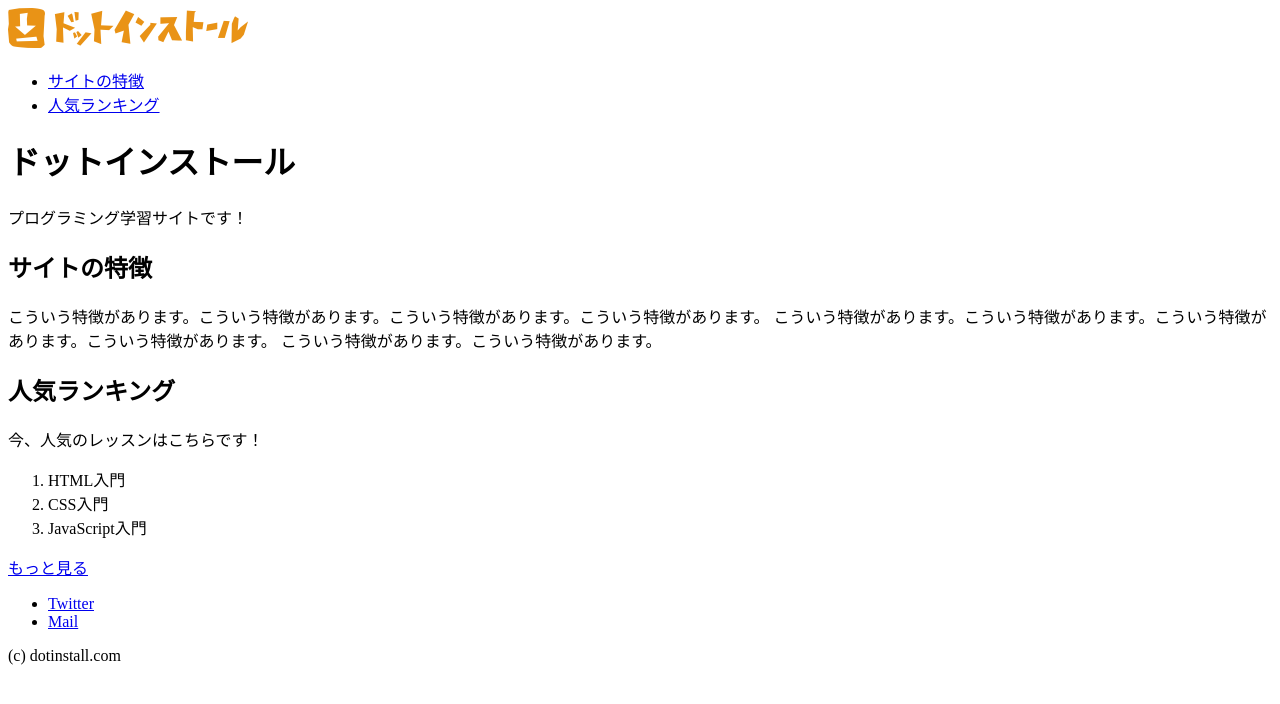
Repository: kojimayu/dotinstall-html
Page: index.html
These files come from the project's save history. The page is drawn as it stood at one moment and after the next save; the edit follows.
The browser window is 1280 px wide. The pictures show the whole page.

Above is the page before, as saved 2019-04-05 10:13:27.

After the next save:
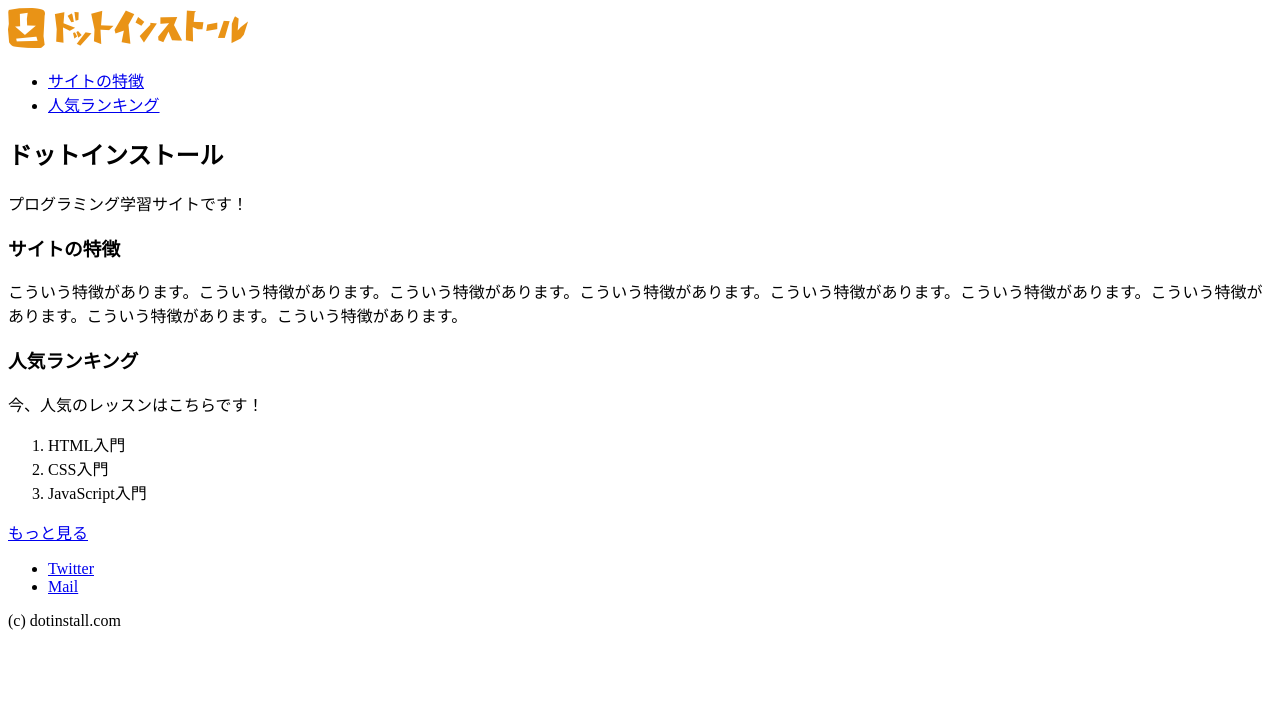
Saved 13 min 47 s later.
--- a/index.html
+++ b/index.html
@@ -2,47 +2,50 @@
 <html lang="ja">
 
 <head>
-    <meta charset="UTF-8">
-    <title>ドットインストール</title>
-    <meta name="description" content="プログラミング学習サイトのドットインストールです。">
-    <link rel="icon" href="img/favicon.ico">
+  <meta charset="UTF-8">
+  <title>ドットインストール</title>
+  <meta name="description" content="プログラミング学習サイトのドットインストールです。">
+  <link rel="icon" href="img/favicon.ico">
 </head>
 
 <body>
-    <header>
-        <img src="img/logo.png" alt="ドットインストールのロゴです" width="240" height="40">
+  <header>
+    <img src="img/logo.png" alt="ドットインストールのロゴです" width="240" height="40">
+    <nav>
+      <ul>
+        <li><a href="#about">サイトの特徴</a></li>
+        <li><a href="#ranking">人気ランキング</a></li>
+      </ul>
+    </nav>
+  </header>
 
-        <ul>
-            <li><a href="#features">サイトの特徴</a></li>
-            <li><a href="#ranking">人気ランキング</a></li>
-        </ul>
-
-    </header>
-
+  <section>
     <h1>ドットインストール</h1>
     <p>プログラミング学習サイトです！</p>
-
-    <h2 id="features">サイトの特徴</h2>
-    <p>こういう特徴があります。こういう特徴があります。こういう特徴があります。こういう特徴があります。
-        こういう特徴があります。こういう特徴があります。こういう特徴があります。こういう特徴があります。
-        こういう特徴があります。こういう特徴があります。
-    </p>
-
-    <h2 id="ranking">人気ランキング</h2>
-    <p>今、人気のレッスンはこちらです！</p>
-    <ol>
+    <section>
+      <h1 id="about">サイトの特徴</h1>
+      <p>こういう特徴があります。こういう特徴があります。こういう特徴があります。こういう特徴があります。こういう特徴があります。こういう特徴があります。こういう特徴があります。こういう特徴があります。こういう特徴があります。
+      </p>
+    </section>
+    <section>
+      <h1 id="ranking">人気ランキング</h1>
+      <p>今、人気のレッスンはこちらです！</p>
+      <ol>
         <li>HTML入門</li>
         <li>CSS入門</li>
         <li>JavaScript入門</li>
-    </ol>
-    <p><a href="more_lessons.html">もっと見る</a></p>
-    <footer>
-        <ul>
-            <li><a href="https://twitter.com/dotinstall" target="_blank">Twitter</a></li>
-            <li><a href="mailto:taguch@gmail.com" target="_blank">Mail</a></li>
-        </ul>
-        <p>(c) dotinstall.com</p>
-    </footer>
+      </ol>
+      <p><a href="more_lessons.html">もっと見る</a></p>
+    </section>
+  </section>
+
+  <footer>
+    <ul>
+      <li><a href="https://twitter.com/dotinstall" target="_blank">Twitter</a></li>
+      <li><a href="mailto:taguchi@gmail.com" target="_blank">Mail</a></li>
+    </ul>
+    <p>(c) dotinstall.com</p>
+  </footer>
 </body>
 
 </html>
